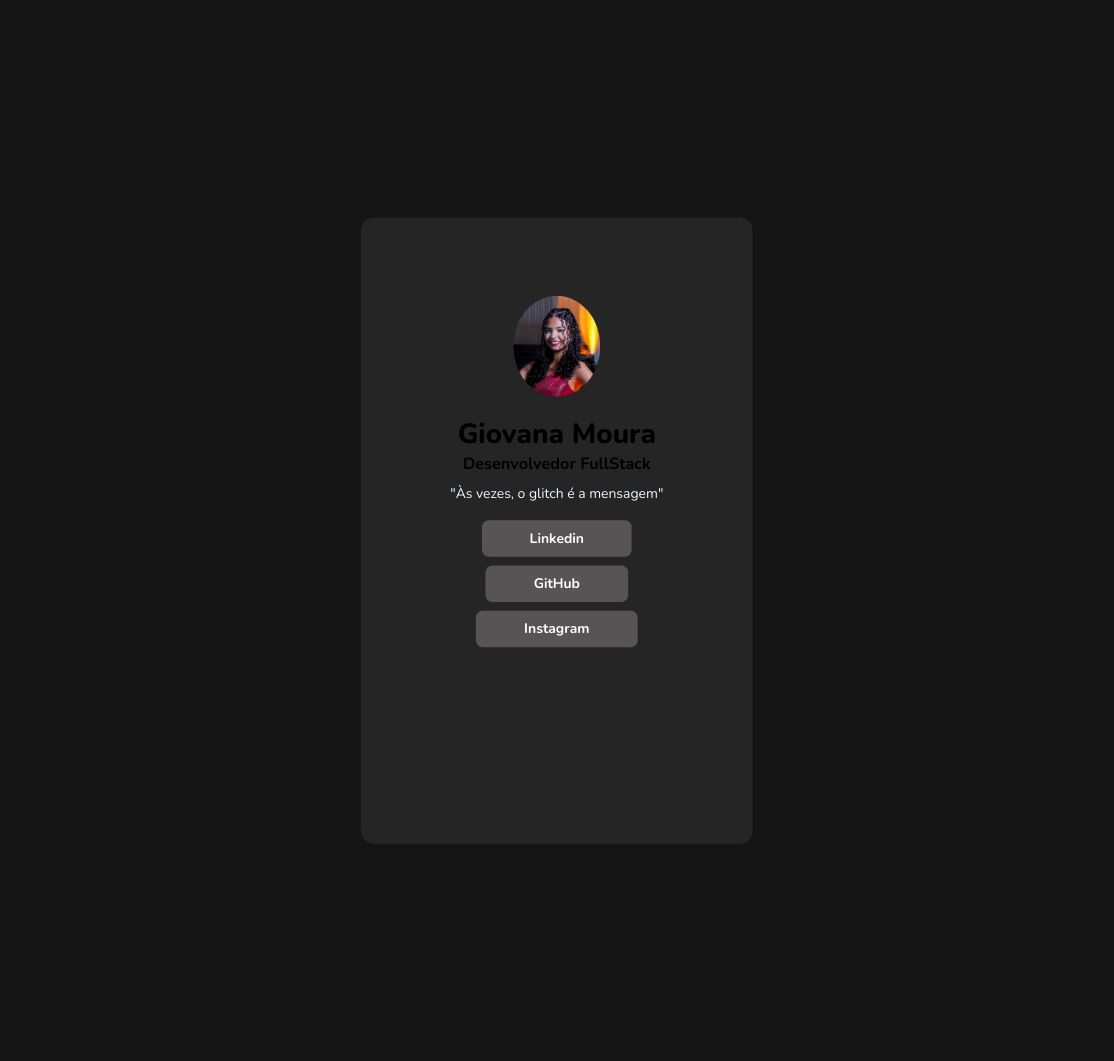
Repository: gimoli/linktree-giovana
Page: index.html
The author's editor kept a copy of each file at every save. The page is drawn from the files as they stood at one save, then again after the next save.
The browser window is 1280 px wide. The pictures show the whole page, at 87% of full size.

Above is the page before, as saved 2025-04-11 09:32:34.

After the next save:
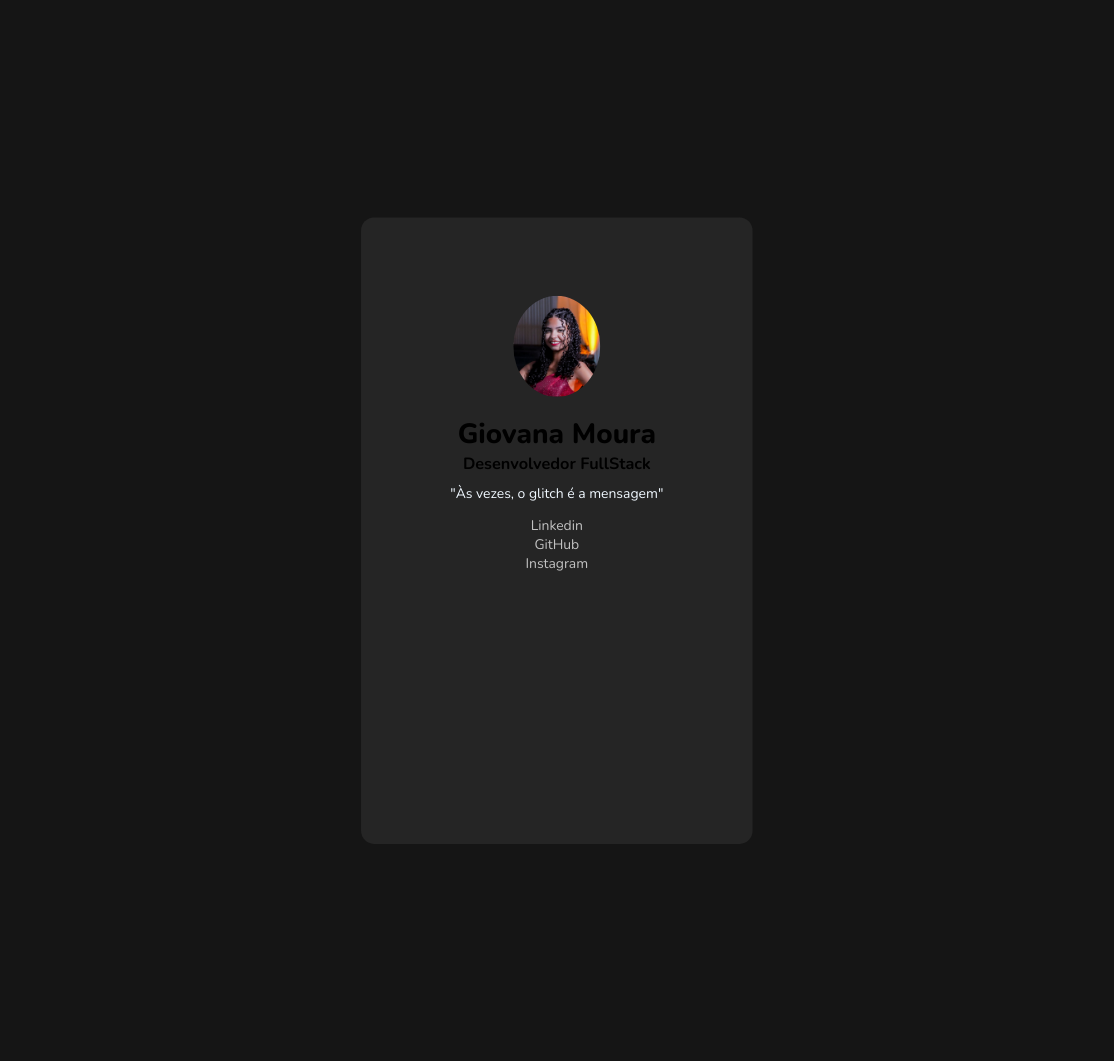
Saved 52 s later.
--- a/style.css
+++ b/style.css
@@ -53,7 +53,7 @@
 
 }
 
-.container-social li {
+.container-social li linkedin {
   display: inline-block;
   padding: 10px 55px;
   margin: 5px 0;

After the save that followed:
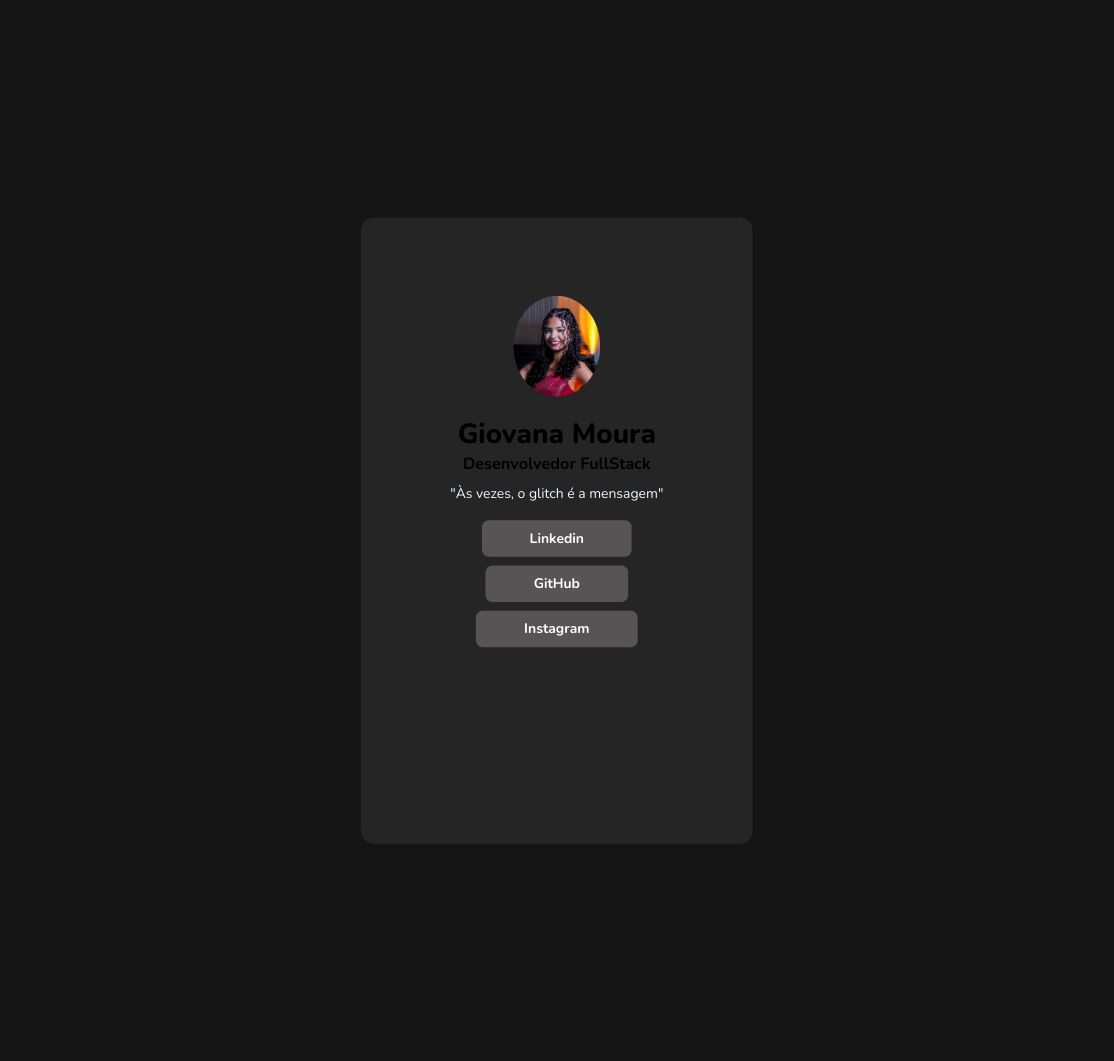
Saved 5 s later.
--- a/style.css
+++ b/style.css
@@ -53,7 +53,7 @@
 
 }
 
-.container-social li linkedin {
+.container-social li {
   display: inline-block;
   padding: 10px 55px;
   margin: 5px 0;
